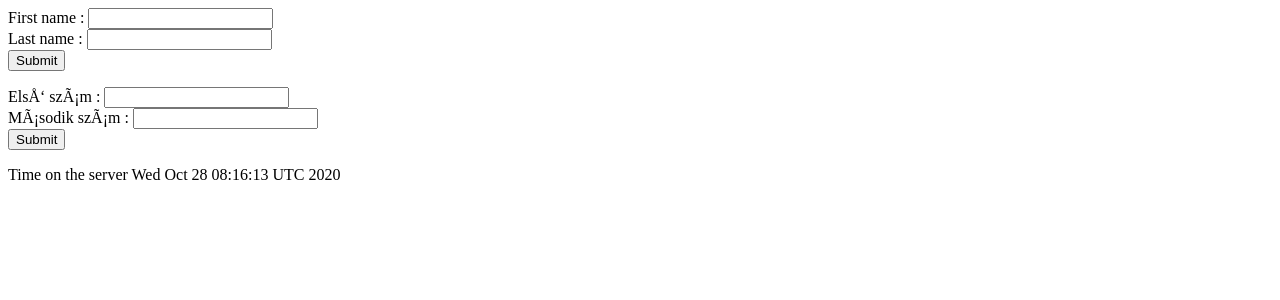
Repository: Gyepike/JSP
Page: http://localhost/JSPDemo/Student-form.jsp
These files come from the project's save history. The page is drawn as it stood at one moment and after the next save; the edit follows.
The browser window is 1280 px wide. The pictures show the whole page.
The page is served by Tomcat 9. Other server files are loaded and not shown.

Above is the page before, as saved 2020-10-29 06:50:49.

### JSPDemo/WebContent/Student-form.jsp
<%@ page language="java" contentType="text/html "%>
<html>
<head>
<meta charset="utf-8">
<title>Insert title here</title>
</head>

  <body>
     <form action="Studentk" method="GET">
       First name : <input type="text" name="firstName">
       <br/>
       Last name : <input type="text" name="lastName">
       <br/>

       <input type="submit" value="Submit">
     </form>


     <form action="StudentServlet" method="GET">
       Első szám : <input type="text" name="firstNumber">
       <br/>
       Második szám : <input type="text" name="secondNumber">
       <br/>

       <input type="submit" value="Submit">
     </form>

     Time on the server <%= new java.util.Date() %>
  </body>
<html>

After the next save:
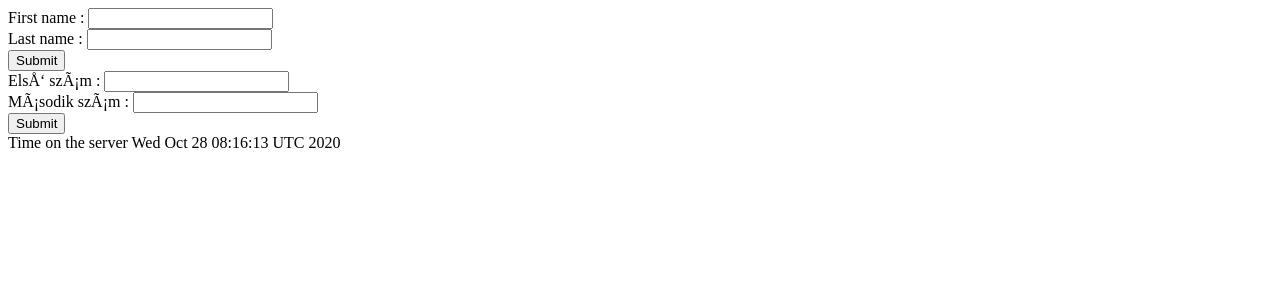
Saved 49 s later.
--- a/JSPDemo/WebContent/Student-form.jsp
+++ b/JSPDemo/WebContent/Student-form.jsp
@@ -1,4 +1,5 @@
 <%@ page language="java" contentType="text/html "%>
+<!DOCTYPE html>
 <html>
 <head>
 <meta charset="utf-8">
